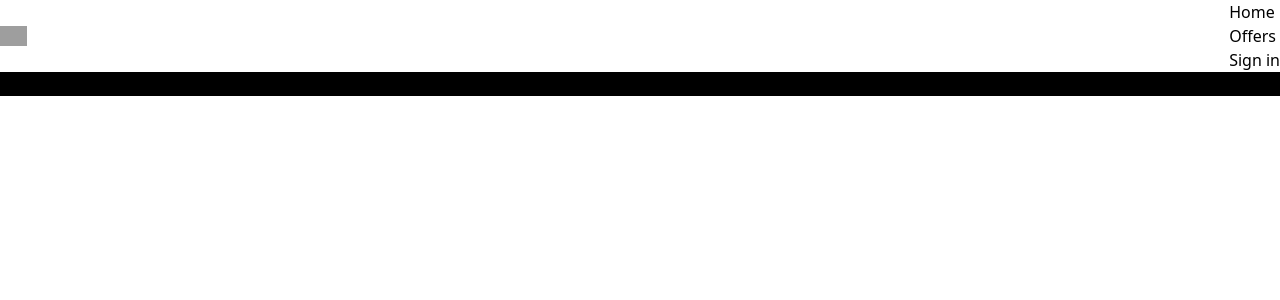
Repository: miraclesamson/realtor-clone
Page: /offers
An editor plug-in stored every save of this project. The page is shown before and after the next save, followed by the edit.
The browser window is 1280 px wide. The pictures show the whole page.
Pictures or frames that could not be fetched are drawn as grey boxes. The project was rebuilt for these pictures with package versions that can differ from the ones it lists, and the page was loaded fresh each time. Also part of the build but not shown: src/App.css, src/pages/Home.jsx, src/pages/Profile.jsx, src/pages/SignIn.jsx, src/pages/SignUp.jsx, src/pages/ForgotPassword.jsx.

Above is the page before, as saved 2022-09-19 13:03:39.

### public/index.html
<!DOCTYPE html>
<html lang="en">

<head>
  <meta charset="utf-8" />
  <link rel="icon" href="%PUBLIC_URL%/favicon.ico" />
  <meta name="viewport" content="width=device-width, initial-scale=1" />
  <meta name="theme-color" content="#000000" />
  <meta name="description" content="Web site created using create-react-app" />
  <link rel="apple-touch-icon" href="%PUBLIC_URL%/logo192.png" />

  <link rel="manifest" href="%PUBLIC_URL%/manifest.json" />
  <title>Realtor </title>
</head>

<body>
  <noscript>You need to enable JavaScript to run this app.</noscript>
  <div id="root"></div>

</body>

</html>

### src/App.js
import React from "react";
import "./App.css";
import { BrowserRouter as Router, Routes, Route } from "react-router-dom";
import Home from "./pages/Home";
import Profile from "./pages/Profile";
import SignIn from "./pages/SignIn";
import SignUp from "./pages/SignUp";
import ForgotPassword from "./pages/ForgotPassword";
import Offers from "./pages/Offers";
import Header from "./components/Header";

function App() {
  return (
    <>
      <Router>
        <Header />
        <Routes>
          <Route path="/" element={<Home />} />
          <Route path="/profile" element={<Profile />} />
          <Route path="/sign-in" element={<SignIn />} />
          <Route path="/sign-up" element={<SignUp />} />
          <Route path="/forgot-password" element={<ForgotPassword />} />
          <Route path="/Offers" element={<Offers />} />
        </Routes>
      </Router>
    </>
  );
}

export default App;

### src/pages/Offers.jsx
import React from "react";

export default function Offers() {
  return <div className="bg-black">Offers</div>;
}

### src/components/Header.jsx
import React from "react";

export default function Header() {
  return (
    <div>
      <header className="flex justify-between items-center">
        <div>
          <img
            src="https://static.rdc.moveaws.com/images/logos/rdc-logo-default.svg"
            alt="logo"
            className="h-5 cursor-pointer"
          />
        </div>
        <div>
          <ul>
            <li>Home</li>
            <li>Offers</li>
            <li>Sign in</li>
          </ul>
        </div>
      </header>
    </div>
  );
}

Loaded but not shown: src/index.js (common file); src/index.css (common file); src/reportWebVitals.js (common file); tailwind.config.js (common file)

After the next save:
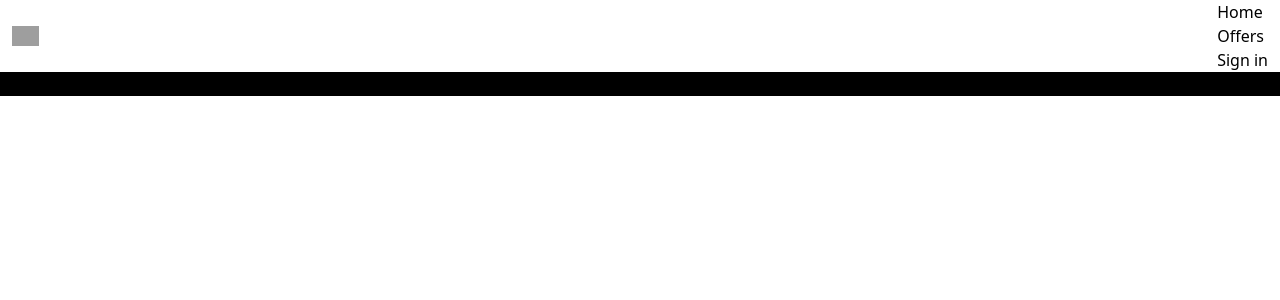
Saved 37 s later.
--- a/src/components/Header.jsx
+++ b/src/components/Header.jsx
@@ -3,7 +3,7 @@ import React from "react";
 export default function Header() {
   return (
     <div>
-      <header className="flex justify-between items-center">
+      <header className="flex justify-between items-center px-3">
         <div>
           <img
             src="https://static.rdc.moveaws.com/images/logos/rdc-logo-default.svg"
